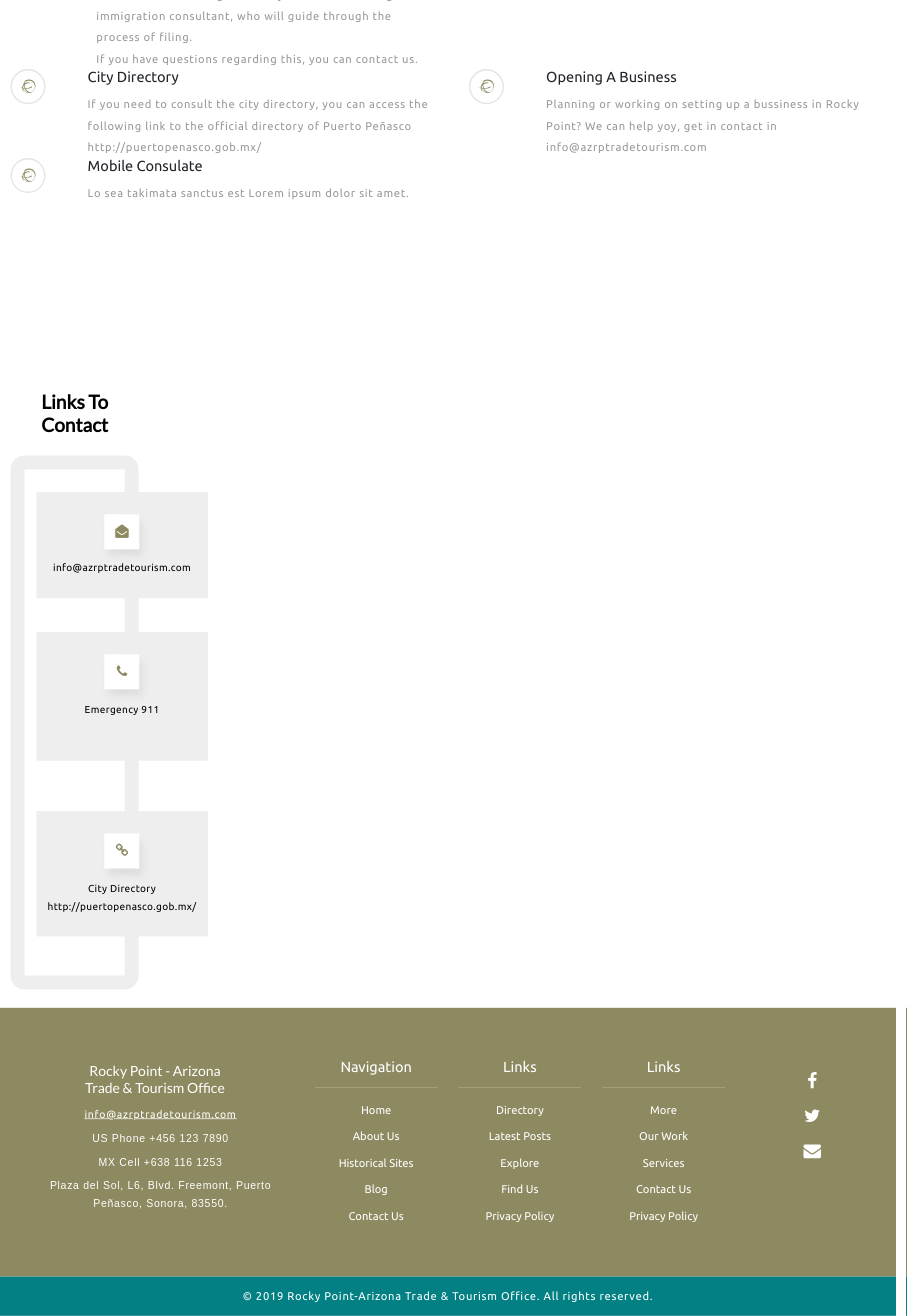
Repository: cynthiarm/Turismo
Page: services.html
These files come from the project's save history. The page is drawn as it stood at one moment and after the next save; the edit follows.
The browser window is 1280 px wide. The page is 1295 px wide, so the pictures cover 1295 px, including what lies to the right of the window. The pictures show the part of the page from y = 1044 to 2924 px (the page is 2924 px tall before and 2864 px after), at 70% of full size.

Above is the page before, as saved 2019-05-19 14:29:16.

### services.html

<!DOCTYPE html>
<html lang="zxx">

<head>
    <title>Rocky Point - Arizona Trade & Tourism Office | Services to US residents </title>
    <!-- Meta tag Keywords -->
    <meta name="viewport" content="width=device-width, initial-scale=1">
    <meta charset="UTF-8" />
    <meta name="keywords" content="Freight Responsive web template, Bootstrap Web Templates, Flat Web Templates, Android Compatible web template, Smartphone Compatible web template, free webdesigns for Nokia, Samsung, LG, SonyEricsson, Motorola web design" />
    <script>
        addEventListener("load", function () {
            setTimeout(hideURLbar, 0);
        }, false);

        function hideURLbar() {
            window.scrollTo(0, 1);
        }
    </script>
    <!-- //Meta tag Keywords -->

    <!-- Custom-Files -->
    <link rel="stylesheet" href="css/bootstrap.css">
    <!-- Bootstrap-Core-CSS -->
    <link rel="stylesheet" href="css/style.css" type="text/css" media="all" />
    <!-- Style-CSS -->
    <link href="css/font-awesome.min.css" rel="stylesheet">
    <!-- Font-Awesome-Icons-CSS -->
    <!-- //Custom-Files -->

	<!-- Web-Fonts -->
	<link href="https://fonts.googleapis.com/css?family=Poppins&display=swap" rel="stylesheet">
	<link href="https://fonts.googleapis.com/css?family=Lato&display=swap" rel="stylesheet">
	<link href="https://fonts.googleapis.com/css?family=Ubuntu&display=swap" rel="stylesheet">
	<!-- //Web-Fonts -->
</head>

<body>
    <!-- header -->
    <header id="home">
        <ul class="menu float-right menu-login-ul">
            <li class="menu-login-li">
                <a href="login.html" class="reqe-button text-uppercase">Login</a>
                <a href="register.html" class="reqe-button text-uppercase">Register</a>
            </li>
        </ul>
        <div class="container">
            <div class="header d-lg-flex justify-content-between align-items-center py-sm-3 py-2 px-sm-2 px-1">
                <!-- logo -->
                <div id="logo">
                    <h1><a href="index.html"></a></h1>
                </div>
                <!-- //logo -->
                <!-- nav -->
                <div class="nav_amum-mkls ml-lg-5">
                    <nav>
                        <label for="drop" class="toggle">Menu</label>
                        <input type="checkbox" id="drop" />
                        <ul class="menu">
                            <li><a href="index.html">Home</a></li>
                            <li><a href="about.html">About Us</a></li>
                            <li><a href="portfolio.html">Historical Sites</a></li>
                            <li>
                                    <!-- First Tier Drop Down -->
                                    <label for="drop-2" class="toggle toogle-2">Education Resources <span class="fa fa-angle-down" aria-hidden="true"></span>
                                    </label>
                                    <a href="#">Education Resources <span class="fa fa-angle-down" aria-hidden="true"></span></a>
                                    <input type="checkbox" id="drop-2" />
                                    <ul>
                                        <li><a href="http://utpp.edu.mx/" class="drop-text">UTPP</a></li>
                                        <li><a href="http://ceuno.com.mx/portal/" class="drop-text">CEUNO</a></li>
                                        <li><a href="http://itspp.edu.mx/" class="drop-text">ITSPP</a></li>
                                        <li><a href="https://contactanos.unidep.mx/" class="drop-text">UNIDEP</a></li>
                                    </ul>
                                </li>
                                <li>
                                    <!-- Second Tier Drop Down -->
                                    <label for="drop-2" class="toggle toogle-2">Trade Oportunities <span class="fa fa-angle-down" aria-hidden="true"></span>
                                    </label>
                                    <a href="trade.html">Trade Oportunities <span class="fa fa-angle-down" aria-hidden="true"></span></a>
                                    <input type="checkbox" id="drop-2" />
                                    <ul>
                                        <li><a href="#Fishing & Food Processing" class="drop-text">Fishing/Food Processing</a></li>
                                        <li><a href="#Industry" class="drop-text">Industry</a></li>
                                        <li><a href="#Tourism" class="drop-text">Tourism</a></li>
                                        <li><a href="#Commerce" class="drop-text">Commerce</a></li>
                                        <li><a href="#Living" class="drop-text">Living</a></li>></li>
                                    </ul>
                                    <li>
                                        <!-- third Tier Drop Down -->
                                        <label for="drop-2" class="toggle toogle-2">Cultural Events <span class="fa fa-angle-down" aria-hidden="true"></span>
                                        </label>
                                        <a href="cultural.html">Cultural Events <span class="fa fa-angle-down" aria-hidden="true"></span></a>
                                        <input type="checkbox" id="drop-2" />
                                        <ul>
                                            <li><a href="cultural.html" class="drop-text">Calendar</a></li>
                                            <li><a href="gallery.html" class="drop-text">Galleries</a></li>
                                            <li><a href="cultural.html" class="drop-text">Festivals</a></li>
                                        </ul>
                                    </li>
                                    <li>
                                    <!-- Fourth Tier Drop Down -->
                                    <label for="drop-2" class="toggle toogle-2">Services to US Residents <span class="fa fa-angle-down" aria-hidden="true"></span>
                                    </label>
                                    <a href="services.html">Services to US Residents <span class="fa fa-angle-down" aria-hidden="true"></span></a>
                                    <input type="checkbox" id="drop-2" />
                                    <ul>
                                        <li><a href="#Inmigration Advise" class="drop-text">Inmigration Advise</a></li>
                                        <li><a href="#Emergency Assistance" class="drop-text">Emergency Assistance</a></li>
                                        <li><a href="#City Directory" class="drop-text">City Directory</a></li>
                                        <li><a href="#Opening a Bussiness" class="drop-text">Opening a Bussiness</a></li>
                                        <li><a href="#Mobile Consulate" class="drop-text">Mobile Consulate</a></li>
                                    </ul>
                                </li>
                            <li><a href="contact.html">Contact Us</a></li>
                        </ul>
                    </nav>
                </div>
                <!-- //nav -->
            </div>
        </div>
    </header>
    <!-- //header -->
    <!-- inner banner -->
    <div class="inner-banner-amum-mkls d-flex flex-column justify-content-center align-items-center">
    </div>
    <!-- //inner banner -->
    <!-- breadcrumbs -->
    <nav aria-label="breadcrumb">
        <ol class="breadcrumb d-flex justify-content-center">
            <li class="breadcrumb-item">
                <a href="index.html">Home</a>
            </li>
            <li class="breadcrumb-item active" aria-current="page">Services to US residents</li>
        </ol>
    </nav>
    <!-- //breadcrumbs -->

    <!-- services-->
    <section class="single_grid_amum-mk_main align-amum-mk">
        <div class="container">
            <div class="moa-tem_pvt_title text-center">
                <h4 class="amum-mkpvt-title">Services to US residents</h4>
            </div>
            <div class="row">
				<div class="col-lg-6">
					<div class="abt-grid">
						<div class="row">
							<div class="col-2">
								<div class="abt-icon">
									<span class="fa fa-ravelry"></span>
								</div>
							</div>
							<div class="col-10">
								<div class="abt-txt">
                                    <div class="abt-txt ml-0"id="Inmigration Advise"></div>
									<h4>Inmigration Advise</h4>
									<p> In Mexico there are regulations for citizens of other countries living here. Most of the time US citizens do not stop to get  their tourist permit at the border and come directly to Rocky Point, as RP is considered a tourist destination. <br>
                                        If you are visiting Rocky Point for business we advise you to get your immigration document at the border.Mexican immigration law offers two categories for US citizens living in the country, as temporary or permanent residents. <br>
                                        Both require a set of requirements and fees incur. There is an Immigration office in town and you can do your filing online at www.inami.gob.mx or you can do it through an immigration consultant, who will guide through the process of filing.<br>
                                        If you have questions regarding this, you can contact us.</p>
								</div>
							</div>
						</div>
					</div>
				</div>
		    <div class="col-lg-6 my-lg-0 my-4">
					<div class="abt-grid">
						<div class="row">
							<div class="col-2">
								<div class="abt-icon">
									<span class="fa fa-ravelry"></span>
								</div>
							</div>
							<div class="col-10">
								<div class="abt-txt">
                                    <div class="abt-txt ml-0"id="Emergency Assistance"></div>
									<h4>Emergency Assistance</h4>
									<p>In you are in an emergency, call 911. If you have any questions around issues with the Mexican authorities, you can contact us and our staff will assist you with information.<br>
                                       If you need an attorney, also you can contact us and we will help you with recommending the professional legal providers in town that can help you in your situation.</p>
								</div>
							</div>
						</div>
					</div>
			</div>
            <div class="row">
                    <div class="col-lg-6">
                        <div class="abt-grid">
                            <div class="row">
                                <div class="col-2">
                                    <div class="abt-icon">
                                        <span class="fa fa-ravelry"></span>
                                    </div>
                                </div>
                            <div class="col-10">
                                 <div class="abt-txt">
                                    <div class="abt-txt ml-0"id="City Directory"></div>
                                    <h4>City Directory</h4>
                                    <p>If you need to consult the city directory, you can access the following link to the official directory of Puerto Peñasco http://puertopenasco.gob.mx/</p>
                                </div>
                            </div>
                        </div>
                    </div>
                </div>
            <div class="col-lg-6 my-lg-0 my-4">
                    <div class="abt-grid">
                        <div class="row">
                            <div class="col-2">
                                <div class="abt-icon">
                                    <span class="fa fa-ravelry"></span>
                                </div>
                            </div>
                            <div class="col-10">
                                <div class="abt-txt">
                                    <div class="abt-txt ml-0"id="Opening A Business"></div>
                                    <h4>Opening A Business</h4>
                                    <p>Planning or working on setting up a bussiness in Rocky Point? We can help yoy, get in contact in info@azrptradetourism.com </p>
                                </div>
                            </div>
                        </div>
                    </div>
            </div>
            <div class="col-lg-6">
                    <div class="abt-grid">
                        <div class="row">
                            <div class="col-2">
                                <div class="abt-icon">
                                    <span class="fa fa-ravelry"></span>
                                </div>
                            </div>
                            <div class="col-10">
                                <div class="abt-txt">
                                    <div class="abt-txt ml-0"id="Mobile Consulate"></div>
                                    <h4>Mobile Consulate</h4>
                                    <p>Lo sea takimata sanctus est Lorem ipsum dolor sit amet.</p>
                                </div>
                            </div>
                        </div>
                    </div>
                </div>
            </div>
               </div>
            </div>
        </div>
	</section>
    <!-- //services -->
<!-- contact-->

<section class="contact-moa-tem align-amum-mk" id="contact"></section>
    <div class="col-lg-2 text-center justify-content-center">
        <h5 class="cont-form">Links to contact</h5>
        <div class="contact-form-moa-temlayouts">
        <div class="row flex-column">
            <div class="contact-amum-mk">
                <span class="fa fa-envelope-open  mb-3"></span>
                <div class="d-flex flex-column">
                    <a href="mailto:example@email.com" class="d-block">info@azrptradetourism.com</a>
                </div>
            </div>
            <div class="contact-amum-mk my-5">
                <span class="fa fa-phone mb-3"></span>
                <div class="d-flex flex-column">
                    <p>Emergency 911</p>
                </div>
            </div>
            <div class="contact-amum-mk my-4">
                <span class="fa fa-link mb-3"></span>
                <div class="d-flex flex-column">
                    <p>City Directory</p>
                        <a href="#" class="d-block">http://puertopenasco.gob.mx/</a>
                </div>
            </div>
        </div>
        </div>
    </div>
</section>
    <!-- //contact -->
    <!-- footer -->
    <footer class="footer py-md-5 pt-md-3 pb-sm-5">
		<div class="container">
				<div class="row p-sm-4 px-3 py-3">
						<div class="col-lg-4 footer-top mt-md-0 mt-sm-5">
								<h2>
										<a class="navbar-brand" href="index.html">
												Rocky Point - Arizona  <br> Trade & Tourism Office
										</a>
								</h2>
								<div class="fv3-contact mt-2">
												<p>
												 <a href="mailto:example@email.com">info@azrptradetourism.com</a>
												</p>
								</div>
								<div class="fv3-contact my-2">
												<p>US Phone +456 123 7890</p>
								</div>
								<div class="fv3-contact my-2">
												<p>MX Cell +638 116 1253</p>
								</div>
								<div class="fv3-contact">
												<p>Plaza del Sol, L6, Blvd. Freemont, Puerto Peñasco, Sonora, 83550.</p>
								</div>
						</div>
						<div class="col-lg-2  col-md-6 mt-lg-0 mt-4">
								<div class="footerv2-amum-mkls">
										<h3 class="mb-3 amum-mkf_title">Navigation</h3>
										<hr>
										<ul class="list-amum-mkpvtits">
												<li>
														<a href="index.html">
																Home
														</a>
												</li>
												<li class="my-2">
														<a href="about.html">
																About Us
														</a>
												</li>
												<li class="my-2">
														<a href="portfolio.html">
																Historical Sites
														</a>
												</li>
												<li class="mb-2">
														<a href="single.html">
																Blog
														</a>
												</li>
												<li>
														<a href="contact.html">
																Contact Us
														</a>
												</li>
										</ul>
								</div>
						</div>
						<div class="col-lg-2  col-md-6 mt-lg-0 mt-4">
								<div class="footerv2-amum-mkls">
										<h3 class="mb-3 amum-mkf_title">Links</h3>
										<hr>
										<ul class="list-amum-mkpvtits">
												<li>
														<a href="about.html">
                                                                Directory
														</a>
												</li>
												<li class="my-2">
														<a href="single.html">
																Latest posts
														</a>
												</li>
												<li class="my-2">
														<a href="portfolio.html">
																Explore
														</a>
												</li>
												<li class="mb-2">
														<a href="contact.html">
																Find us
														</a>
												</li>
												<li>
														<a href="index.html">
																Privacy Policy
														</a>
												</li>
										</ul>
								</div>
						</div>
						<div class="col-lg-2 col-md-6 mt-lg-0 mt-4">
								<div class="footerv2-amum-mkls">
										<h3 class="mb-3 amum-mkf_title">Links</h3>
										<hr>
										<ul class="list-amum-mkpvtits">
												<li>
														<a href="single.html">
																more
														</a>
												</li>
												<li class="my-2">
														<a href="portfolio.html">
																our work
														</a>
												</li>
												<li class="my-2">
														<a href="about.html">
															  Services
														</a>
												</li>
												<li class="mb-2">
														<a href="contact.html">
																contact us
														</a>
												</li>
												<li>
														<a href="index.html">
															Privacy Policy
														</a>
												</li>
										</ul>
								</div>
						</div>
						<div class="col-lg-2  col-md-6 mt-lg-0 mt-4">
							<div class="footerv2-amum-mkls">
							<div class="container-fluid"></div>
									<div class="social-icons">
											<ul>
													<li>
														<a href="https://www.facebook.com/Rocky-Point-Arizona-Trade-and-Tourism-Office-2130531390535108/">
															<span class="fa fa-facebook mr-lg-3"></span>
														</a>
													</li>
													<li>
														<a href="https://twitter.com/AZRockyPoint">
															<span class="fa fa-twitter mr-lg-3"></span>
														</a>
													</li>
													<li>
														<a href="info@azrptradetourism.com">
															<span class="fa fa-envelope mr-lg-3"></span>
														</a>
													</li>
											</ul>
									</div>
								</div>
		<!-- //footer bottom -->
</footer>
<!-- //footer -->
<!-- copyright -->
<div class="cpy-right text-center bg-theme">
		<p class="text-wh">© 2019 Rocky Point-Arizona
		Trade & Tourism Office. All rights reserved.</p>

		</div>
</div>
<!-- //copyright -->
<!-- move top icon -->
<a href="#home" class="move-top text-center">
		<span class="fa fa-level-up" aria-hidden="true"></span>
</a>
<!-- //move top icon -->

</body>

</html>

Loaded but not shown: css/bootstrap.css (library); css/font-awesome.min.css (library); css/style.css (3265 lines, source omitted)

After the next save:
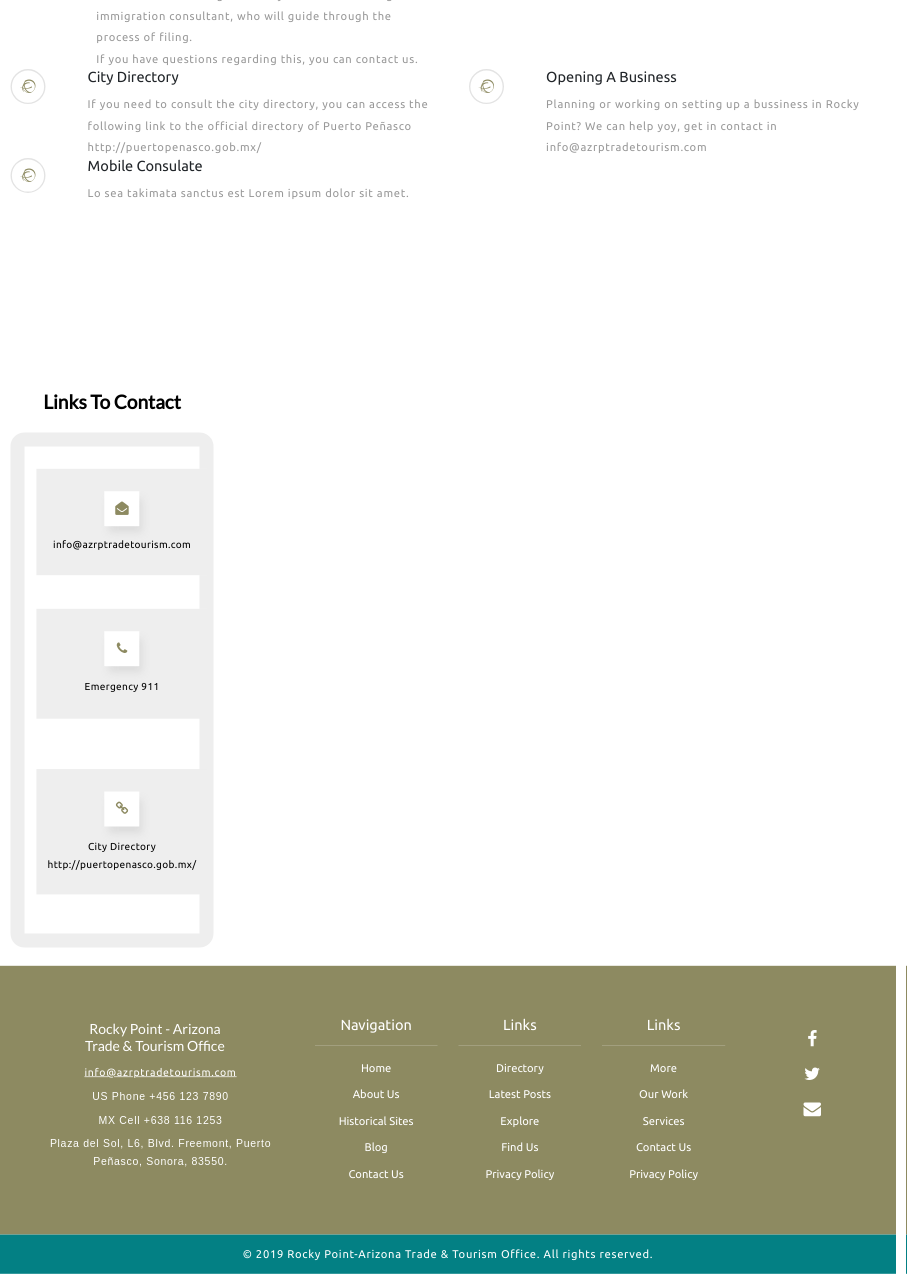
Saved 6 s later.
--- a/services.html
+++ b/services.html
@@ -247,7 +247,7 @@
 <!-- contact-->
 
 <section class="contact-moa-tem align-amum-mk" id="contact"></section>
-    <div class="col-lg-2 text-center justify-content-center">
+    <div class="col-lg-3 text-center justify-content-center">
         <h5 class="cont-form">Links to contact</h5>
         <div class="contact-form-moa-temlayouts">
         <div class="row flex-column">
